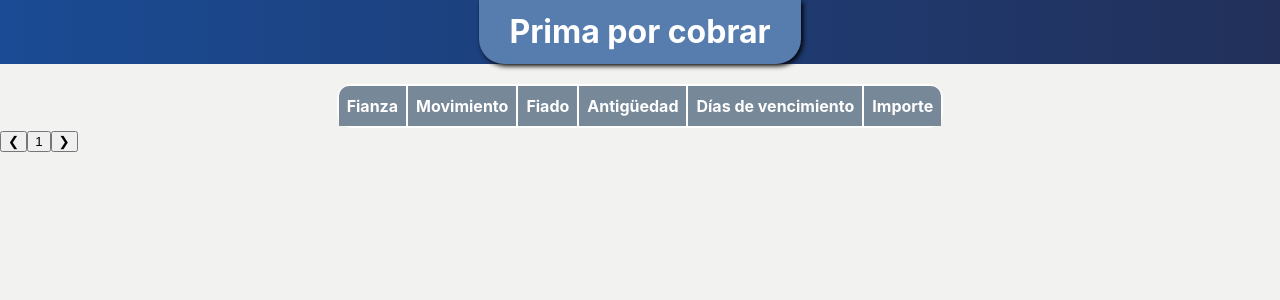
Repository: PCGP22/prueba-t-cnica-liberty-finanzas
Page: / (app in Prueba técnica full-stack/client/)
The author's editor kept a copy of each file at every save. The page is drawn from the files as they stood at one save, then again after the next save.
The browser window is 1280 px wide. The pictures show the whole page.
The pointer rests on the first visible `table tr:nth-child(2n-1)`.
The page's requests for data from a server got no answer. The project was rebuilt for these pictures with package versions that can differ from the ones it lists, and the page was loaded fresh each time. No one was signed in, and anything a server would have sent is missing. Also part of the build but not shown: Prueba técnica full-stack/client/vite.config.js, Prueba técnica full-stack/client/src/components/Card.jsx, Prueba técnica full-stack/client/src/components/CardsContainer.jsx, Prueba técnica full-stack/client/src/components/Filters.jsx.

Above is the page before, as saved 2023-11-14 08:17:34.

After the next save:
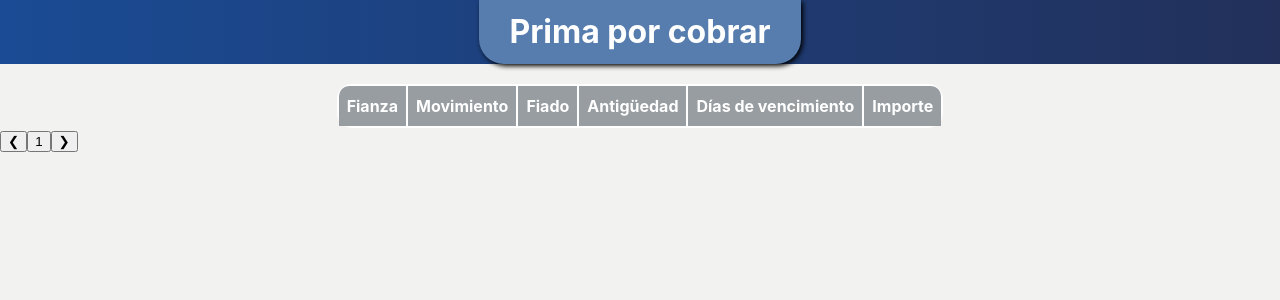
Saved 14 s later.
--- a/Prueba técnica full-stack/client/src/index.css
+++ b/Prueba técnica full-stack/client/src/index.css
@@ -163,5 +163,5 @@ table tr:nth-child(2n):hover{
 }
 table tr:nth-child(2n-1):hover{
   /* color:red; */
-  background-color:lightslategrey;
+  background-color:rgb(152, 157, 161);
 }
